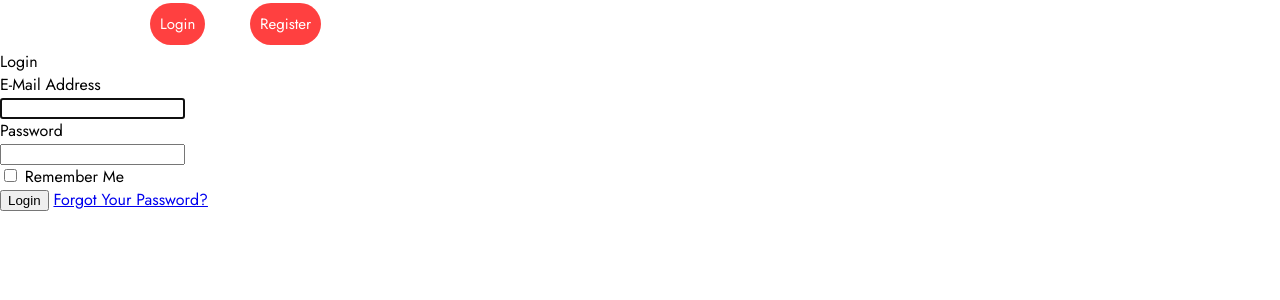
Repository: PatryxB/bikeService
Page: http://localhost/login
An editor plug-in stored every save of this project. The page is shown before and after the next save, followed by the edit.
The browser window is 1280 px wide. The pictures show the whole page.
The page is served by the project's Laravel application, run on PHP 8.4 with Laravel 8. Style sheets and scripts are compiled from the project's sources, by tool versions that may differ from the author's.

Above is the page before, as saved 2020-05-01 15:44:55.

After the next save:
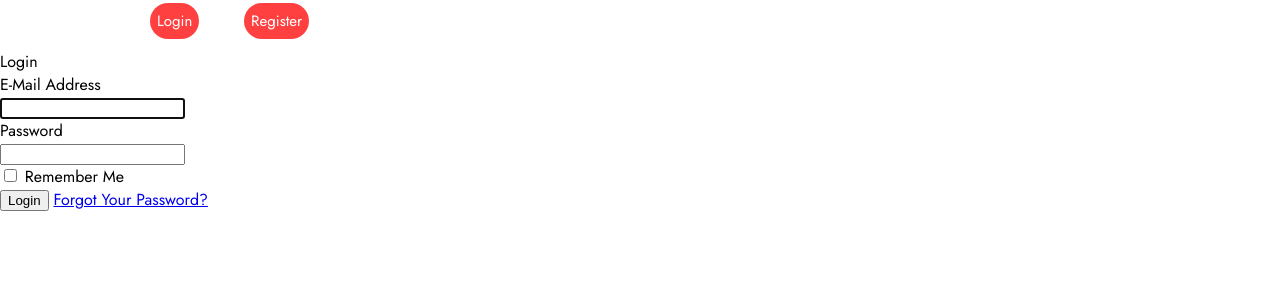
Saved 12 s later.
--- a/resources/sass/app.scss
+++ b/resources/sass/app.scss
@@ -22,5 +22,5 @@ nav a{
     background-color: rgb(255, 64, 64);
     color: white;
     font-size: 15px;
-    padding: 10px;
+    padding: 7px;
 }
